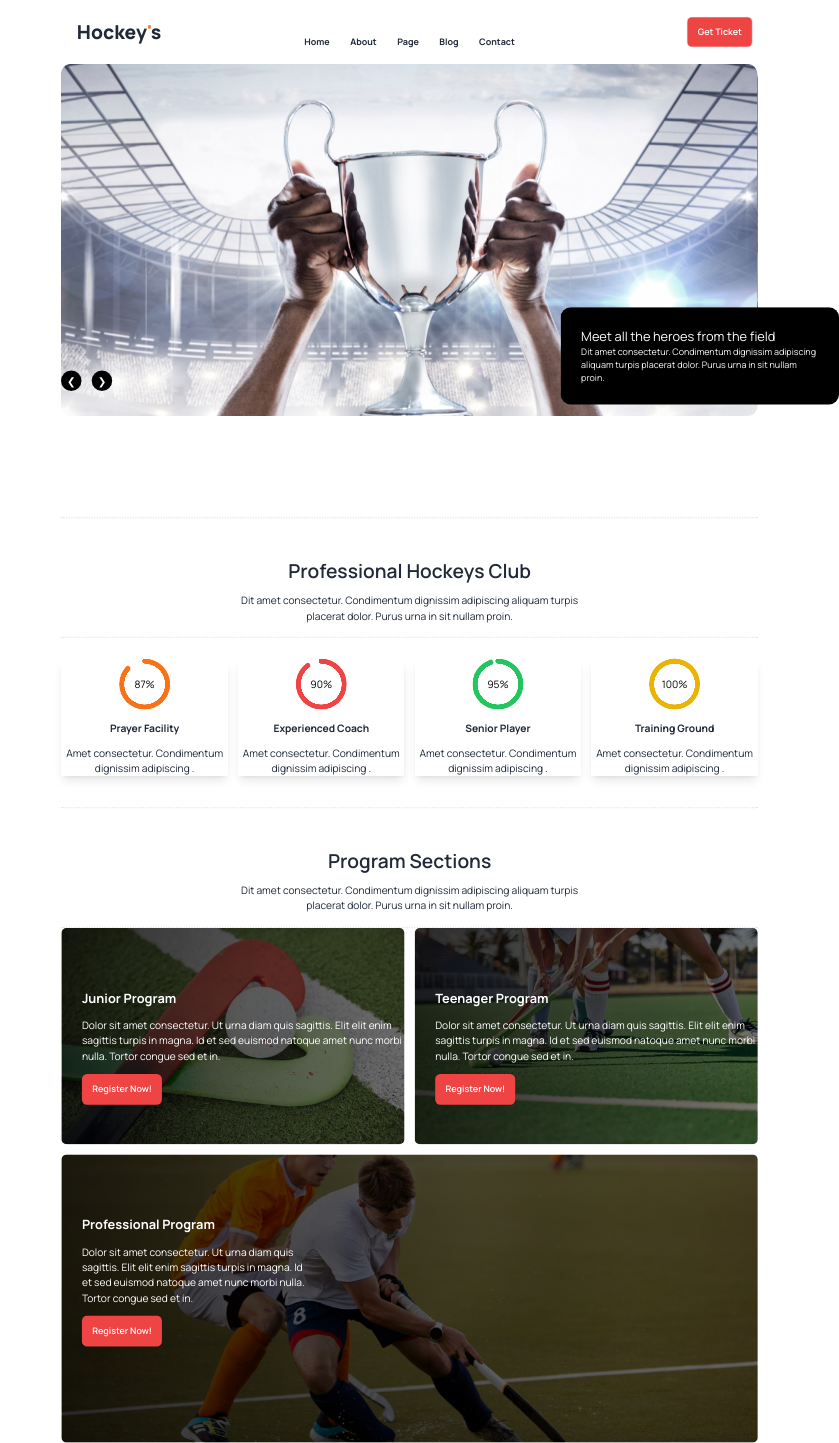
Repository: RudrasahaDibos/Hockey-
Page: index.html
These files come from the project's save history. The page is drawn as it stood at one moment and after a run of saves; the edit follows.
The browser window is 1280 px wide. The page is 1311 px wide, so the pictures cover 1311 px, including what lies to the right of the window. The pictures show the whole page, at 64% of full size.
Some web libraries are served in a nearby version.

Above is the page before, as saved 2024-10-23 22:44:01.

After the next 2 saves:
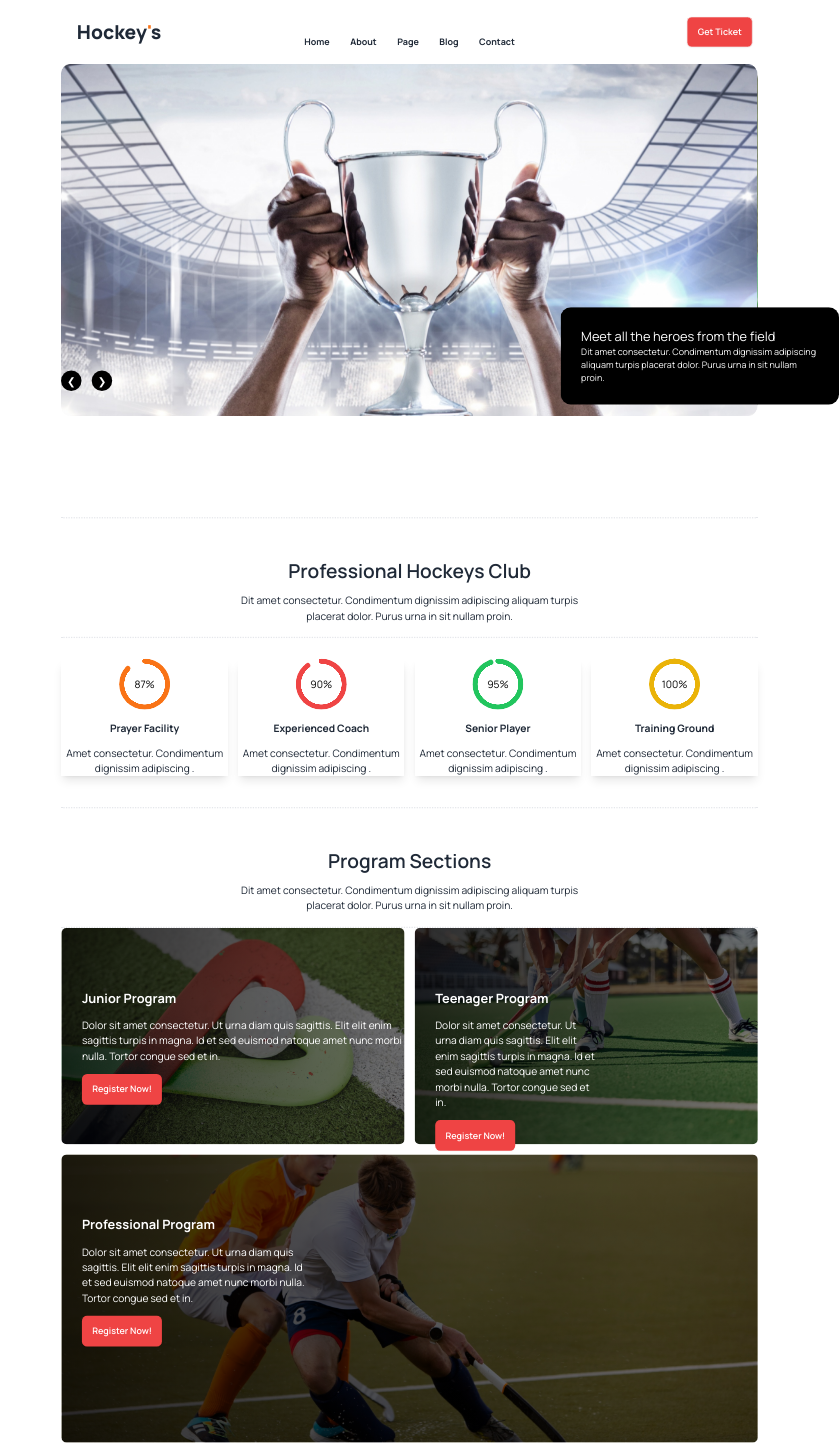
The 2 saves are shown as one change because they came seconds apart.
The last was saved 17 s later.
--- a/index.html
+++ b/index.html
@@ -222,7 +222,7 @@
                                   <div class="relative  bg-no-repeat rounded-lg  bg-center bg-cover  w-full bg-[linear-gradient(90deg,rgb(0,0,0,0.8),rgb(0,0,0,0.5)),url(./images/3.png)] h-[244px] lg:h-[338px]">
                                     <div class="text-start lg:pt-24 space-y-2 lg:space-y-4 pl-8">
                                       <h2 class="text-white text-xl font-bold">Teenager Program</h2>
-                                      <p class="text-white">Dolor sit amet consectetur. Ut urna diam quis sagittis. Elit elit
+                                      <p class="text-white w-1/2">Dolor sit amet consectetur. Ut urna diam quis sagittis. Elit elit
                                         enim sagittis turpis in magna. Id et sed euismod natoque amet nunc morbi nulla. Tortor congue sed et in.</p>
                                        <button class="btn bg-red-500 border-none text-white">Register Now!</button>
                                      </div>
